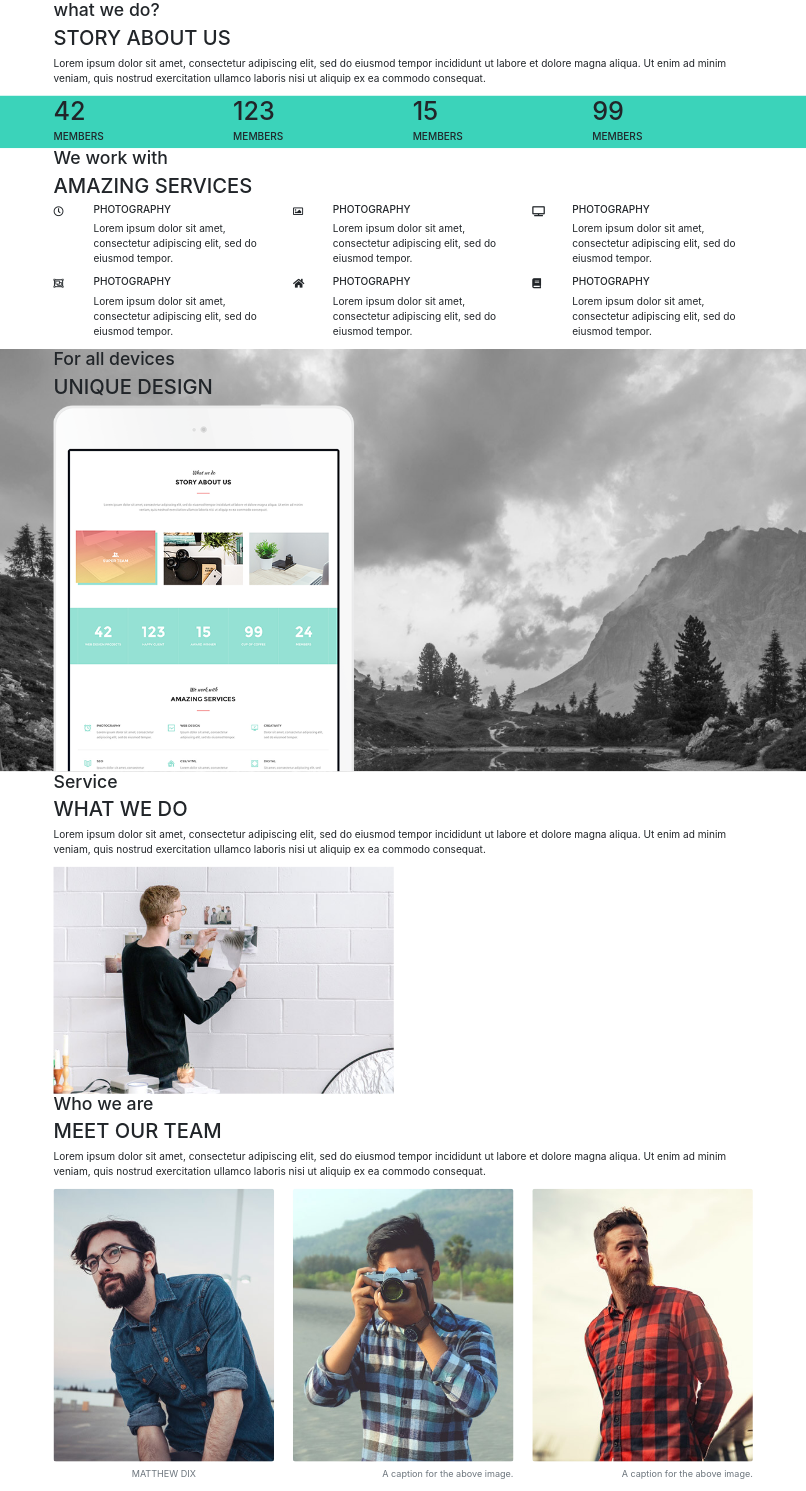
Repository: nourabdelhakam/MoGo-template
Page: index.html
The author's editor kept a copy of each file at every save. The page is drawn from the files as they stood at one save, then again after the next save.
The browser window is 1280 px wide. The pictures show the whole page, at 63% of full size.
Some web libraries are served in a nearby version. The style sheet was rebuilt from its Sass, Less or Tailwind sources for each picture, by a compiler version that may differ from the author's.

Above is the page before, as saved 2021-02-21 20:07:33.

After the next save:
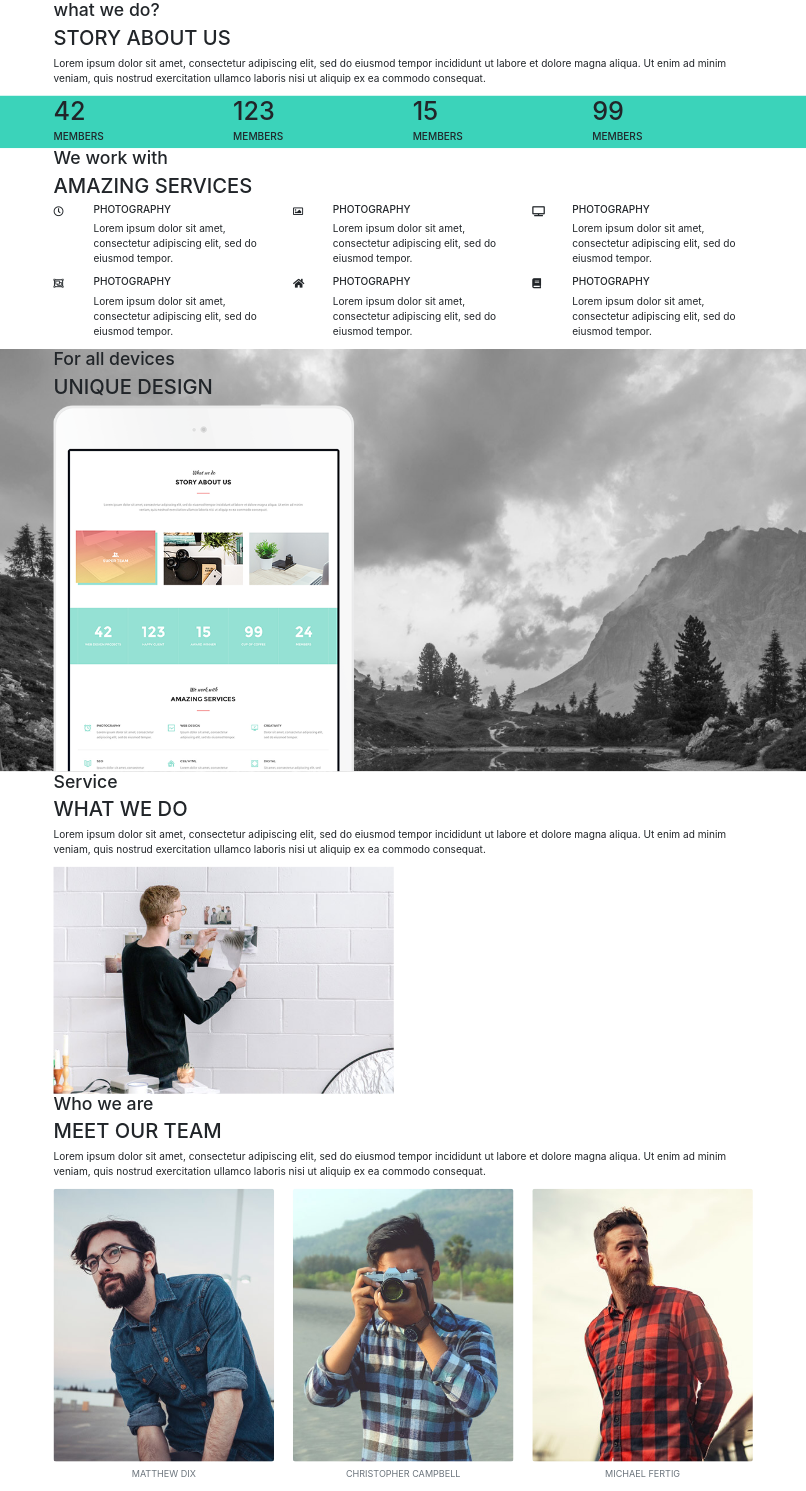
Saved 92 s later.
--- a/index.html
+++ b/index.html
@@ -161,14 +161,14 @@
                 <div class="col-xl-4 col-md-4 col-sm-12 col-xs-12">
                     <figure class="figure">
                         <img src="./assets/img/team2.jpg" class="figure-img img-fluid rounded" alt="...">
-                        <figcaption class="figure-caption text-right">A caption for the above image.</figcaption>
+                        <figcaption class="figure-caption text-center">CHRISTOPHER CAMPBELL</figcaption>
                     </figure>
                 </div>
 
                 <div class="col-xl-4 col-md-4 col-sm-12 col-xs-12">
                     <figure class="figure">
                         <img src="./assets/img/team3.jpg" class="figure-img img-fluid rounded" alt="...">
-                        <figcaption class="figure-caption text-right">A caption for the above image.</figcaption>
+                        <figcaption class="figure-caption text-center">MICHAEL FERTIG</figcaption>
                     </figure>
                 </div>
 
